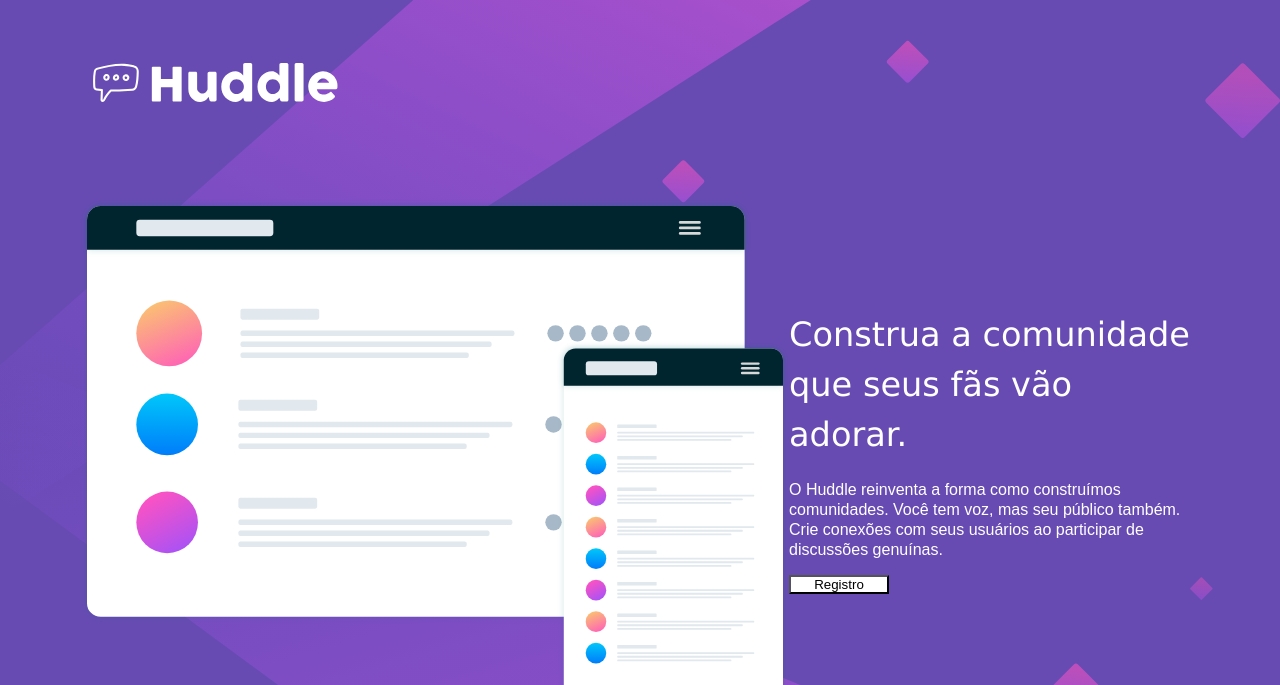
Repository: caique2512/Huddle
Page: index.html
The author's editor kept a copy of each file at every save. The page is drawn from the files as they stood at one save, then again after a run of saves.
The browser window is 1280 px wide. The pictures show the part of the page from y = 0 to 685 px (the page is 1363 px tall).
A picture or video elsewhere on the page could not be fetched, so the positions and the page height are approximate.

Above is the page before, as saved 2026-02-27 18:06:32.

After the next 3 saves:
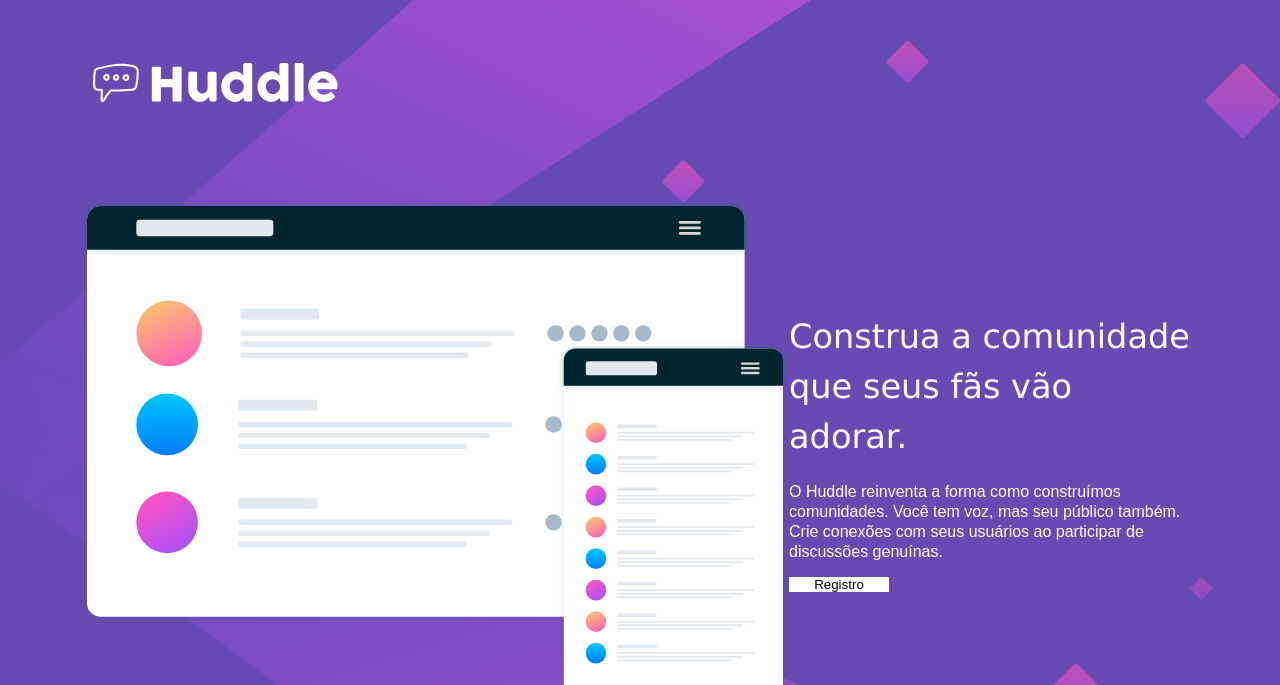
The 3 saves are shown as one change because they came seconds apart.
The last was saved 9 s later.
--- a/src/estilos.css
+++ b/src/estilos.css
@@ -41,5 +41,5 @@
 .conteudo .conteudo-principal .btn {
     width: 100px;
     background-color: white;
-    list-style: none;
+    border: none;
 }
